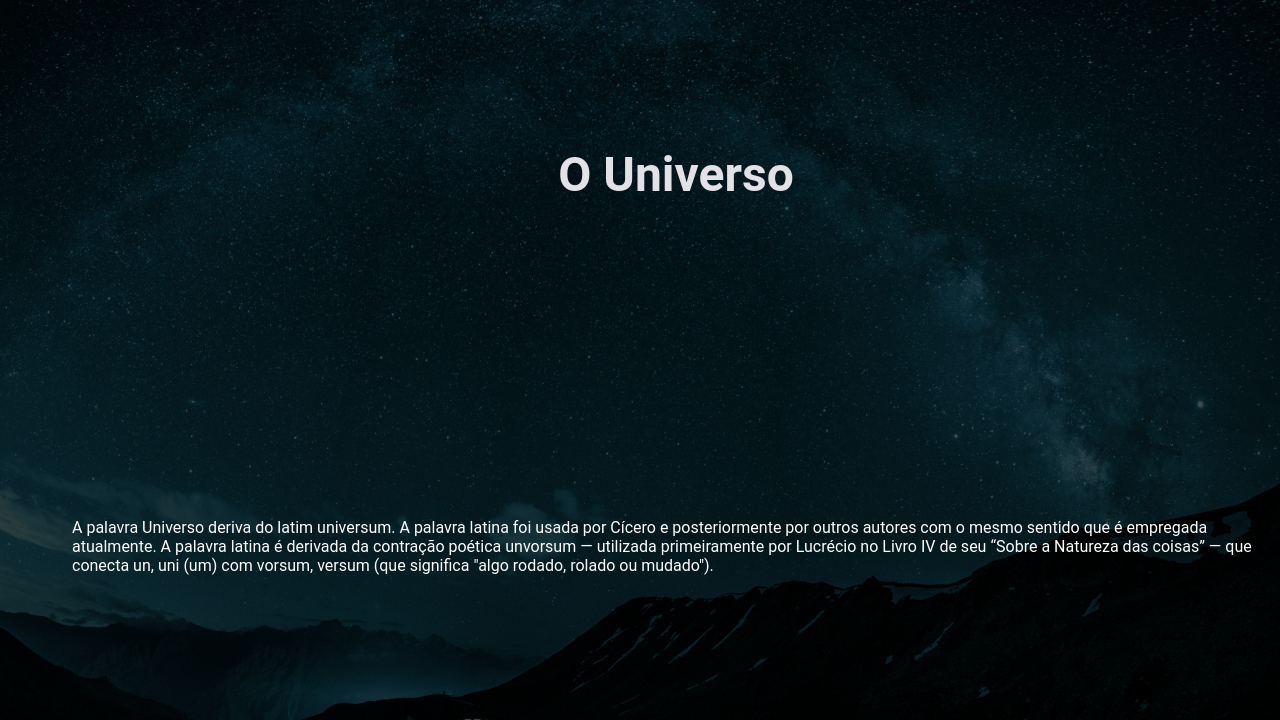
Repository: eltonneiferson/spaUniverse
Page: universe.html
The author's editor kept a copy of each file at every save. The page is drawn from the files as they stood at one save, then again after the next save.
The browser window is 1280 px wide. The pictures show the whole page.

Above is the page before, as saved 2022-10-26 22:55:59.

After the next save:
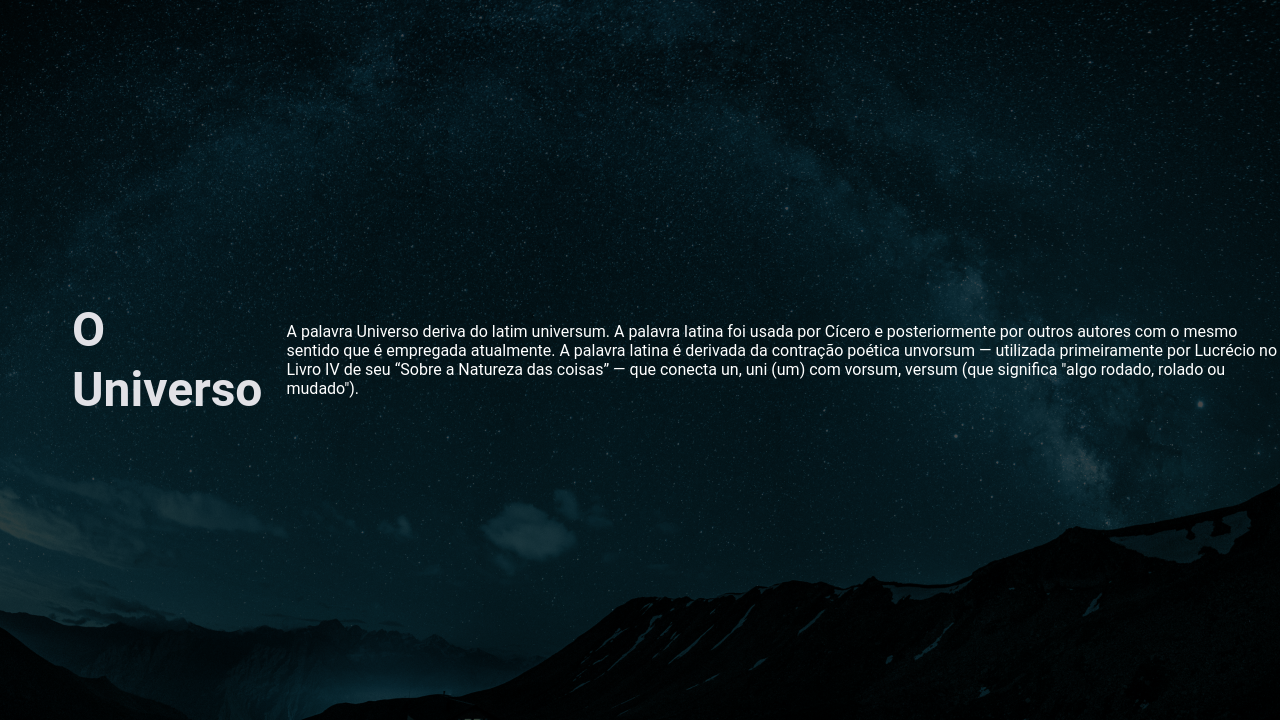
Saved 23 s later.
--- a/index.css
+++ b/index.css
@@ -55,7 +55,7 @@ main#universe {
     background-position: bottom;
     min-height: 100vh;
     padding-left: 72px;
-    display: grid;
+    display: flex;
     align-items: right;
 }
 
